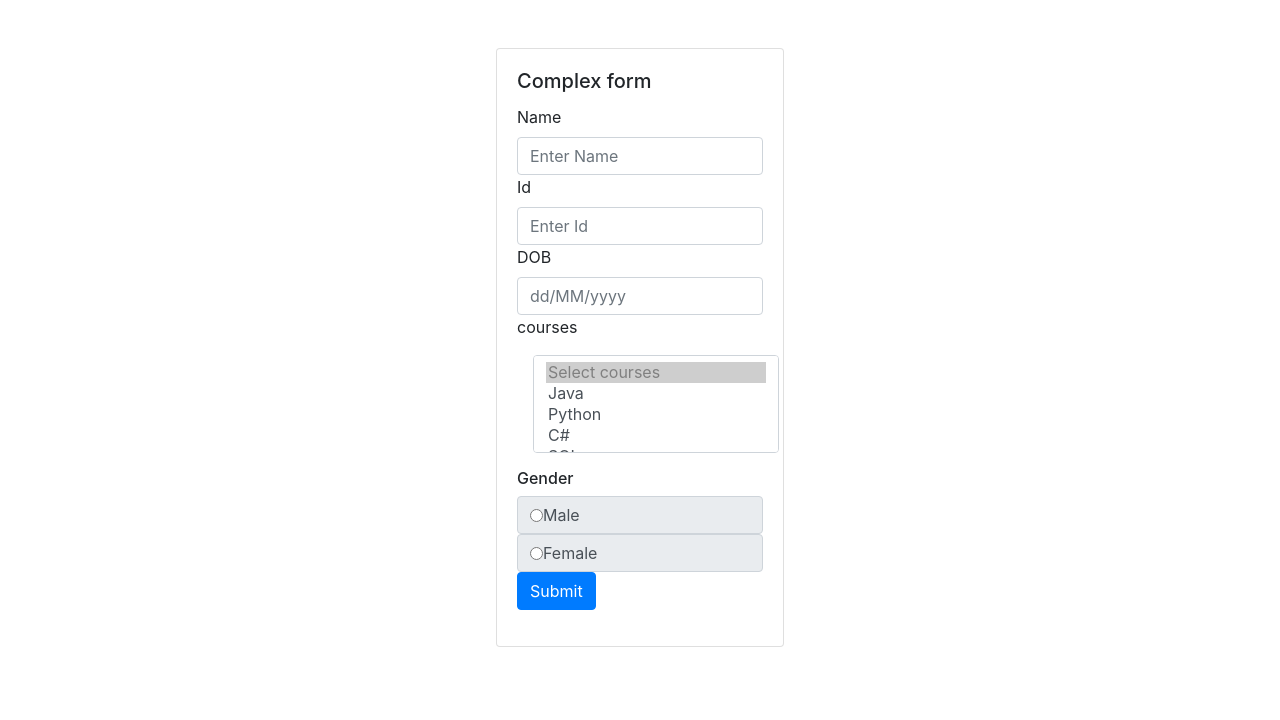
Repository: parvaizsajad/SpringFrameWork
Page: http://localhost/com.springMvc.search/complex
The author's editor kept a copy of each file at every save. The page is drawn from the files as they stood at one save, then again after the next save.
The browser window is 1280 px wide. The pictures show the whole page.
Some web libraries are served in a nearby version. The page is served by Tomcat 9. Other server files are loaded and not shown.

Above is the page before, as saved 2021-09-10 11:18:28.

### com.springMvc.search/src/main/webapp/WEB-INF/spring-servlet.xml
<?xml version="1.0" encoding="UTF-8"?>


<!-- 2nd step step create the configuration file. -->

<beans xmlns="http://www.springframework.org/schema/beans"
	xmlns:xsi="http://www.w3.org/2001/XMLSchema-instance" xmlns:context="http://www.springframework.org/schema/context"
	xmlns:p="http://www.springframework.org/schema/p"
	xmlns:tx="http://www.springframework.org/schema/tx"
	xsi:schemaLocation="http://www.springframework.org/schema/beans
    http://www.springframework.org/schema/beans/spring-beans.xsd
    http://www.springframework.org/schema/context
    http://www.springframework.org/schema/context/spring-context.xsd
     http://www.springframework.org/schema/tx
    http://www.springframework.org/schema/tx/spring-tx.xsd
    ">
 <!--This is our bean or the metadata for our class  -->

 <context:component-scan base-package="com.springMvc.search"></context:component-scan>

<!--  view Resolver -->
   <bean class="org.springframework.web.servlet.view.InternalResourceViewResolver" name="viewResolver">
   <property name="prefix" value="/WEB-INF/views/"></property>
   <property name="suffix" value=".jsp"></property>
   </bean>




 </beans>

### com.springMvc.search/src/main/webapp/WEB-INF/views/complex.jsp
<%@ page language="java" contentType="text/html; charset=ISO-8859-1"
    pageEncoding="ISO-8859-1"%>
<!doctype html>
<html lang="en">
  <head>
    <!-- Required meta tags -->
    <meta charset="utf-8">
    <meta name="viewport" content="width=device-width, initial-scale=1, shrink-to-fit=no">

    <!-- Bootstrap CSS -->
    <link rel="stylesheet" href="https://maxcdn.bootstrapcdn.com/bootstrap/4.0.0/css/bootstrap.min.css" integrity="sha384-Gn5384xqQ1aoWXA+058RXPxPg6fy4IWvTNh0E263XmFcJlSAwiGgFAW/dAiS6JXm" crossorigin="anonymous">


   <div class="card mx-auto m-5" style="width: 18rem;">

  <div class="card-body">
    <h5 class="card-title">Complex form</h5>
     <form>
   <h3 class="text-center"></h3>

    <div class="form-group">
    <label for="name">Name</label>
    <input type="text" class="form-control" id="name" aria-describedby="emailHelp" name="name" placeholder="Enter Name">

     <label for="id">Id</label>
    <input type="number" class="form-control" id="id" aria-describedby="emailHelp" name="id"  placeholder="Enter Id">


      <label for="dob">DOB</label>
    <input type="text" class="form-control" id="dob" aria-describedby="emailHelp" name="dob"  placeholder="dd/MM/yyyy">

    <h7> courses</h1>
    <select class="custom-select m-3"  multiple="multiple">
  <option selected disabled="disabled">Select courses</option>
  <option value="1">Java</option>
  <option value="2">Python</option>
  <option value="3">C#</option>
  <option value="4">SQL</option>
</select>


     <h6>Gender</h6>
    <div class="input-group-text">

    <input class="gender" type="radio" name="gender" value="Male" id="male1">Male
    </div>
    <div class="input-group-text">
    <input class="gender" type="radio"  name="gender" value="Female" id="male1">Female
    </div>




      <button type="submit" class="btn btn-primary">Submit</button>
</form>


  </div>
  </div>
</div>



    <!-- Optional JavaScript -->
    <!-- jQuery first, then Popper.js, then Bootstrap JS -->
    <script src="https://code.jquery.com/jquery-3.2.1.slim.min.js" integrity="sha384-KJ3o2DKtIkvYIK3UENzmM7KCkRr/rE9/Qpg6aAZGJwFDMVNA/GpGFF93hXpG5KkN" crossorigin="anonymous"></script>
    <script src="https://cdnjs.cloudflare.com/ajax/libs/popper.js/1.12.9/umd/popper.min.js" integrity="sha384-ApNbgh9B+Y1QKtv3Rn7W3mgPxhU9K/ScQsAP7hUibX39j7fakFPskvXusvfa0b4Q" crossorigin="anonymous"></script>
    <script src="https://maxcdn.bootstrapcdn.com/bootstrap/4.0.0/js/bootstrap.min.js" integrity="sha384-JZR6Spejh4U02d8jOt6vLEHfe/JQGiRRSQQxSfFWpi1MquVdAyjUar5+76PVCmYl" crossorigin="anonymous"></script>
  </body>
</html>

### com.springMvc.search/src/main/java/com/springMvc/search/Generilizedexceptionhandler.java
package com.springMvc.search;

import org.springframework.http.HttpStatus;
import org.springframework.stereotype.Controller;
import org.springframework.web.bind.annotation.ControllerAdvice;
import org.springframework.web.bind.annotation.ExceptionHandler;
import org.springframework.web.bind.annotation.ResponseStatus;

@ControllerAdvice
public class Generilizedexceptionhandler {
	@ResponseStatus(value = HttpStatus.INTERNAL_SERVER_ERROR)
	@ExceptionHandler({NullPointerException.class,NumberFormatException.class})
	public String errorHandler() {

		return "nullException";
	}
}

### com.springMvc.search/src/main/java/com/springMvc/search/SearchController.java
package com.springMvc.search;

import org.springframework.stereotype.Controller;
import org.springframework.web.bind.annotation.RequestMapping;
import org.springframework.web.bind.annotation.RequestParam;
import org.springframework.web.servlet.view.RedirectView;
@Controller
public class SearchController {
	@RequestMapping("/home")
	public String home() {

		System.out.println("going to home view");
		return("home");
	}
@RequestMapping("/search")
	public RedirectView search(@RequestParam("search") String sear) {
		String querry="https://www.google.com/search?q="+sear;
		RedirectView rd=new RedirectView();
		if(sear.isBlank()) {
		 rd.setUrl("home");
		 return rd;
		}


		rd.setUrl(querry);
		return rd;
	}
}

### com.springMvc.search/src/main/java/com/springMvc/search/complex.java
package com.springMvc.search;

import org.springframework.stereotype.Controller;
import org.springframework.web.bind.annotation.RequestMapping;

@Controller
public class complex {

	@RequestMapping("/complex")
	public String complexform() {

		return"/complex";
	}
}

After the next save:
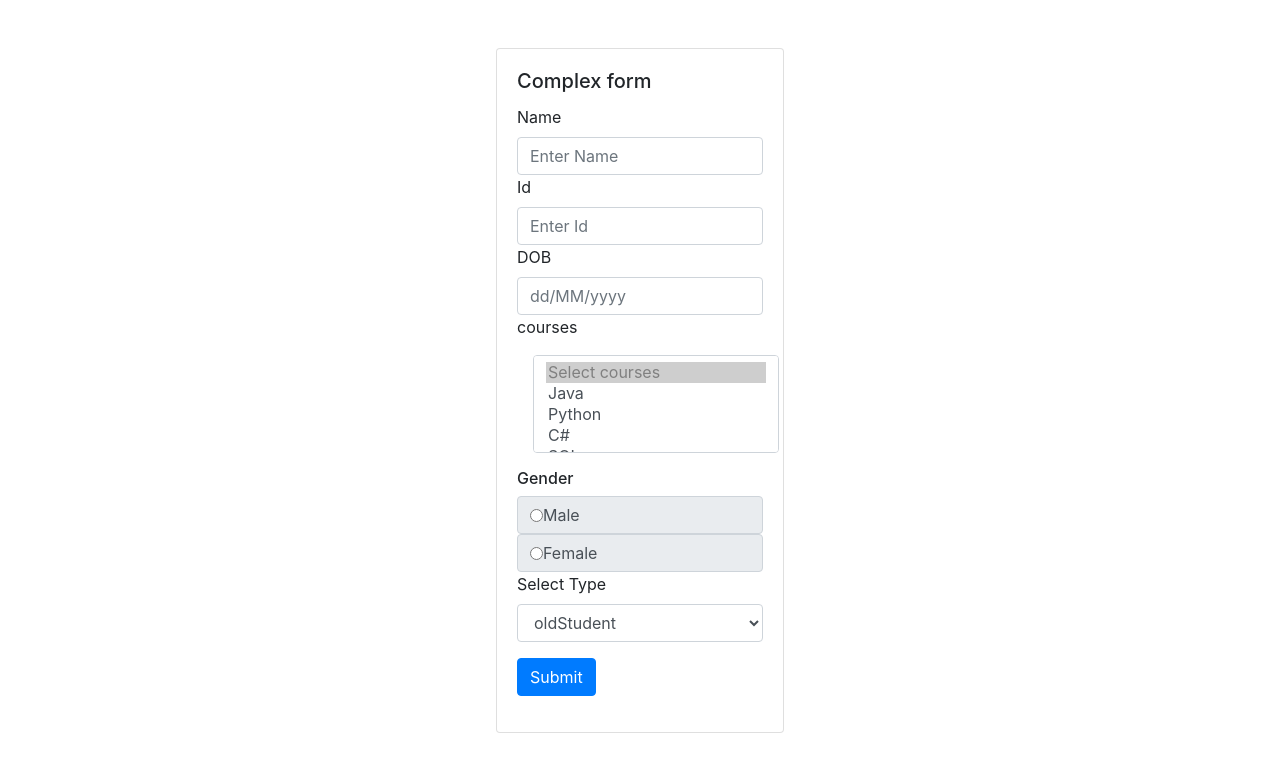
Saved 5 min 17 s later.
--- a/com.springMvc.search/src/main/webapp/WEB-INF/views/complex.jsp
+++ b/com.springMvc.search/src/main/webapp/WEB-INF/views/complex.jsp
@@ -29,7 +29,7 @@
       <label for="dob">DOB</label>
     <input type="text" class="form-control" id="dob" aria-describedby="emailHelp" name="dob"  placeholder="dd/MM/yyyy">
 
-    <h7> courses</h1>
+    <h7> courses</h7>
     <select class="custom-select m-3"  multiple="multiple">
   <option selected disabled="disabled">Select courses</option>
   <option value="1">Java</option>
@@ -48,7 +48,13 @@
     <input class="gender" type="radio"  name="gender" value="Female" id="male1">Female
     </div>
 
+ <div class="form-group">
+ <label for="">Select Type</label><select class="form-control" name="type">
+ <option value="oldStudent">oldStudent</option>
+  <option value="newStudent">newStudent</option>
+ </select>
 
+ </div>
 
 
       <button type="submit" class="btn btn-primary">Submit</button>
